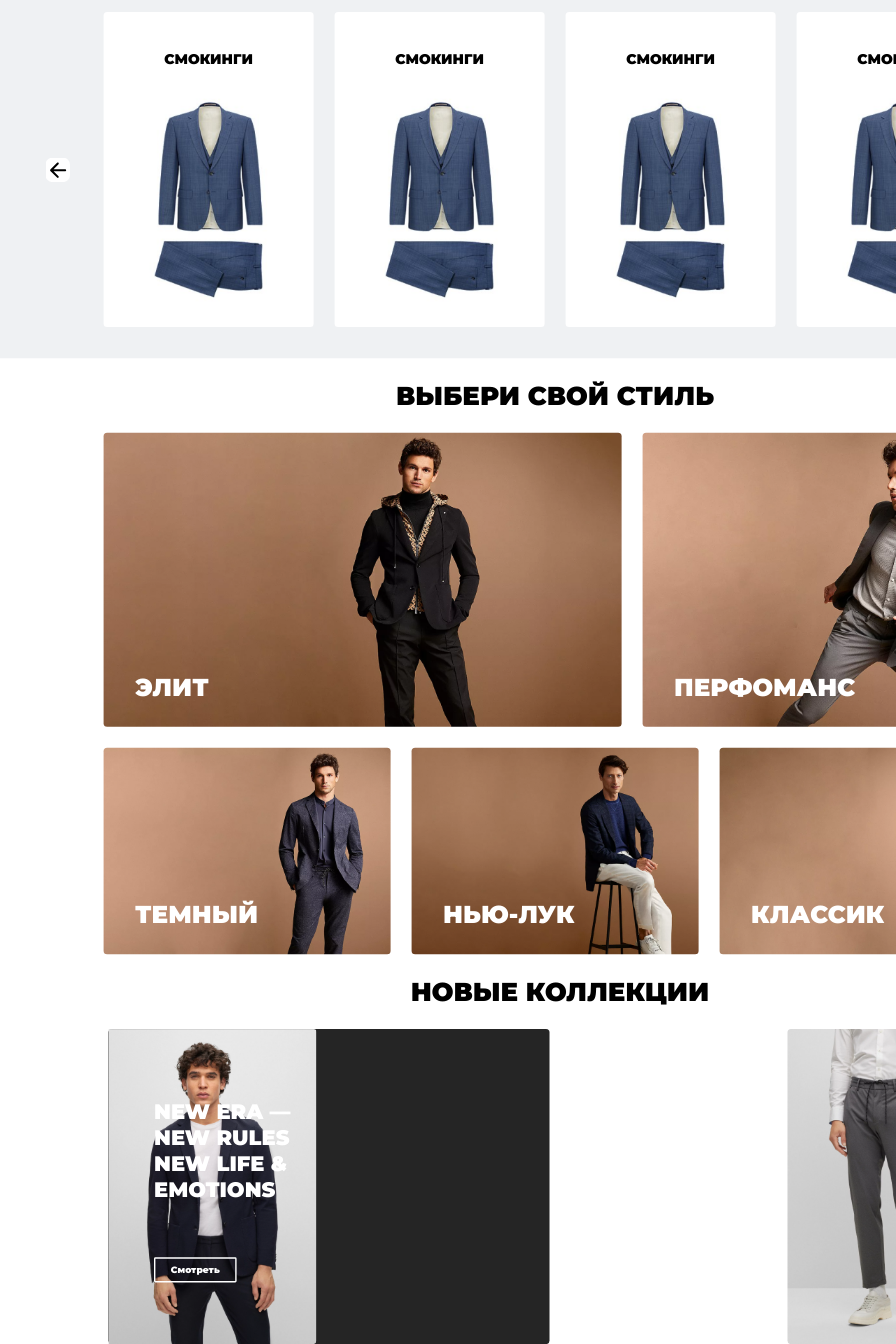
Repository: MaksimKrupkin/SigmaEllegance
Page: /
The author's editor kept a copy of each file at every save. The page is drawn from the files as they stood at one save, then again after the next save.
The browser window is 1280 px wide. The pictures show the part of the page from y = 873 to 2793 px (the page is 2793 px tall), at 70% of full size.
Some web fonts or font styles are not loaded; a fallback is used. The project was rebuilt for these pictures with package versions that can differ from the ones it lists, and the page was loaded fresh each time.

Above is the page before, as saved 2023-11-23 23:19:14.

After the next save:
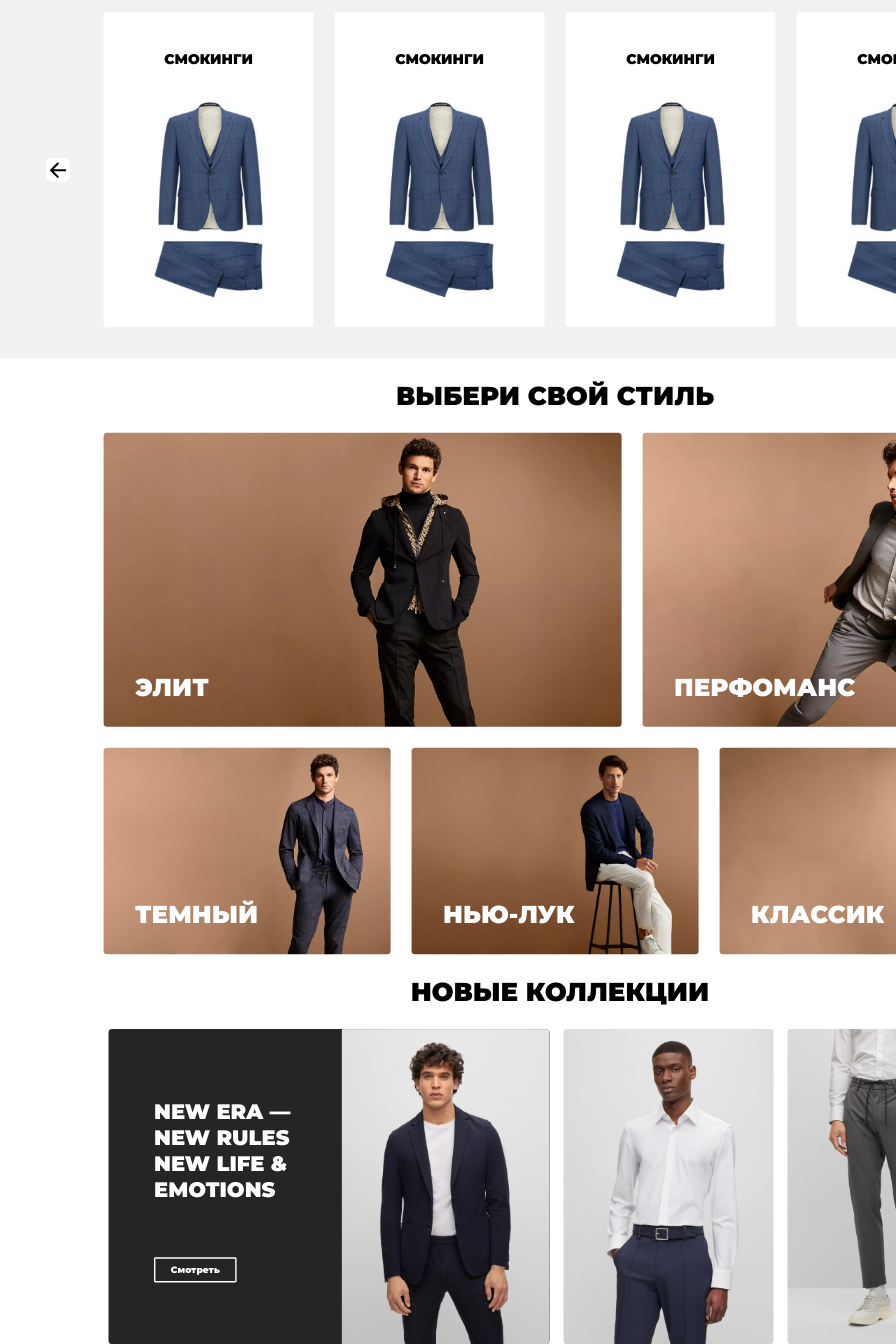
Saved 2 min 30 s later.
--- a/src/Components/Collections/Collections.module.css
+++ b/src/Components/Collections/Collections.module.css
@@ -27,20 +27,21 @@
 }
 
 .collection1 {
+  position: relative;
   display: inline-block;
+  width: 630px;
+  height: 450px;
+  border-radius: 5px;
+  background-color: #252525;
+  margin-right: 20px;
+}
+
+.collection1_image {
   position: absolute;
-  vertical-align: top; /* Установка вертикального выравнивания */
-  width: 630px; /* Установка ширины каждой коллекции */
-  height: 450px; /* Установка высоты каждой коллекции */
-  border-radius: 5px;
-  margin-right: 20px; /* Отступ между коллекциями */
-  background-color: #252525;
-}
-.collection1_image {
-  position: inherit;
+  top: 0;
+  right: 0;
   border-top-right-radius: 4px;
   border-bottom-right-radius: 5px;
-  top: 0px;
   width: 297px;
   height: 100%;
 }
